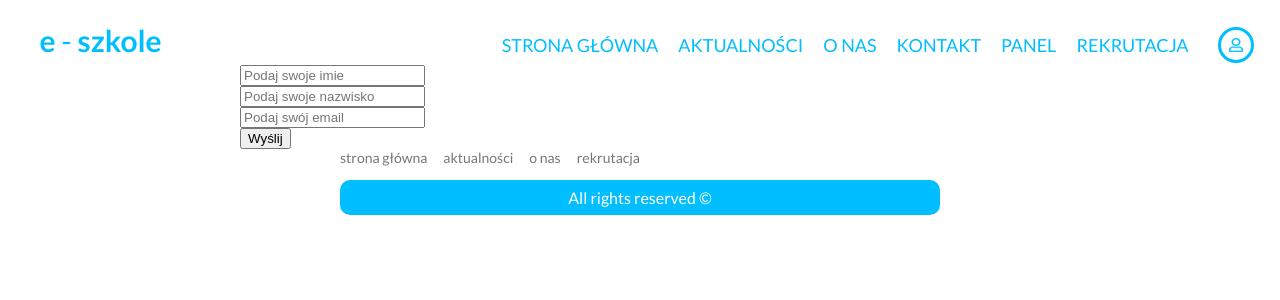
Repository: Votex874/e-szkole
Page: /kontakt (app in app/)
The author's editor kept a copy of each file at every save. The page is drawn from the files as they stood at one save, then again after the next save.
The browser window is 1280 px wide. The pictures show the whole page.
The project was rebuilt for these pictures with package versions that can differ from the ones it lists, and the page was loaded fresh each time. Also part of the build but not shown: app/src/components/News/Title/index.js, app/src/components/News/Content/index.js, app/src/components/News/Avatar/index.js, app/src/components/News/Footer/index.js, app/src/components/SectionTitle/index.js, app/src/components/News/index.js, app/src/components/AboutUs/Content/index.js, app/src/components/AboutUs/index.js and 21 more.

Above is the page before, as saved 2019-03-11 09:05:37.

### app/src/index.js
import React from 'react';
import ReactDOM from 'react-dom';
import App from './App';
import * as serviceWorker from './serviceWorker';
import { createStore } from 'redux';
import { Provider } from 'react-redux';
import rootReducer from './reducers/rootReducer'

const store = createStore(rootReducer);

ReactDOM.render(<Provider store={store}><App /></Provider>, document.getElementById('root'));

// If you want your app to work offline and load faster, you can change
// unregister() to register() below. Note this comes with some pitfalls.
// Learn more about service workers: http://bit.ly/CRA-PWA
serviceWorker.unregister();

### app/src/App.js
import React, { Component } from 'react';
import { Route, BrowserRouter, Switch } from 'react-router-dom'
import './reset.scss'

import Home from './containers/Home/index'
import Login from './containers/Login/index'
import Contact from './containers/Contact/index'
import News from './containers/News/index'
import About from './containers/About/index'
import Recruitment from './containers/Recruitment/index'

class App extends Component {
  render() {
    return (
      <BrowserRouter>
        <Switch>
          <Route exact path='/' component={Home} />
          <Route path='/login' component={Login} />
          <Route path='/kontakt' component={Contact} />
          <Route path='/blog' component={News} />
          <Route path='/o-nas' component={About} />
          <Route path='/rekrutacja' component={Recruitment} />
        </Switch>
      </BrowserRouter>
    );
  }
}

export default App;

### app/src/reset.scss
html, body, div, span, applet, object, iframe,
h1, h2, h3, h4, h5, h6, p, blockquote, pre,
a, abbr, acronym, address, big, cite, code,
del, dfn, em, img, ins, kbd, q, s, samp,
small, strike, strong, sub, sup, tt, var,
b, u, i, center,
dl, dt, dd, ol, ul, li,
fieldset, form, label, legend,
table, caption, tbody, tfoot, thead, tr, th, td,
article, aside, canvas, details, embed,
figure, figcaption, footer, header, hgroup,
menu, nav, output, ruby, section, summary,
time, mark, audio, video {
	margin: 0;
	padding: 0;
	border: 0;
	font-size: 100%;
	font: inherit;
	vertical-align: baseline;
}
/* HTML5 display-role reset for older browsers */
article, aside, details, figcaption, figure,
footer, header, hgroup, menu, nav, section {
	display: block;
}
body {
	line-height: 1;
}
ol, ul {
	list-style: none;
}
blockquote, q {
	quotes: none;
}
blockquote:before, blockquote:after,
q:before, q:after {
	content: '';
	content: none;
}
table {
	border-collapse: collapse;
	border-spacing: 0;
}
@import url('https://fonts.googleapis.com/css?family=Lato:300,300i,400,400i,700&amp;subset=latin-ext');

 body {
	font-family: 'Lato', sans-serif;
 }

 a{
	 text-decoration: none;
 }

### app/src/containers/Contact/index.js
import React, { Component } from 'react'

import HeaderMain from '../../components/HeaderMain/index';
import Footer from '../../components/Footer/index'
import Form from '../../components/Form/index'

class Contact extends Component {
  render(){
    return (
      <React.Fragment>
        <HeaderMain />
        <Form />
        <Footer />
      </React.Fragment>
    )
  }
}

export default Contact

### app/src/components/HeaderMain/index.js
import React, { Component } from 'react';
import styled from 'styled-components'
import Logo from '../Logo/index'
import Navigation from '../Nav/index'
import Hamburger from '../Hamburger/index'

const Header = styled.header`
 max-width: 1400px;
 height: 100px;
 margin: 0 auto;
 display: flex;
 justify-content: space-between;
 align-items: center;
 box-sizing: border-box;
 margin-top: 15px;
 @media (max-width: 1400px){
   width: 96%;
   height: 50px;
   align-items: center;
 }
`

class HeaderMain extends Component {
  constructor(props){
    super(props)

    this.state = {
      width: 0
    }
  }

  componentDidMount = () => {
    this.updateWindowDimensions();
    window.addEventListener('resize', this.updateWindowDimensions);
  }

  componentWillUnmount = () => {
    window.removeEventListener('resize', this.updateWindowDimensions);
  }

  updateWindowDimensions = () => {
    this.setState({ width: window.innerWidth });
  }

  render() {
    const { width } = this.state;
    return (
      <Header>
        <Logo />
        { width <= 767 ? <Hamburger /> : <Navigation /> }
      </Header>
    );
  }
}

export default HeaderMain;

### app/src/components/Footer/index.js
import React, { Component } from 'react'
import styled from 'styled-components'
import FooterNav from './FooterNav/index'
import { lightBlue } from '../../constColors'

const FooterContainer = styled.footer`
  width: 600px;
  margin: 0 auto;
  @media (max-width: 767px){
    width: 100%;
  }
`

const FooterBanner = styled.div`
  background-color: ${lightBlue};
  display: flex;
  justify-content: center;
  align-items: center;
  color: #fff;
  margin: 15px auto;
  height: 35px;
  border-radius: 10px;
  @media (max-width: 767px){
    width: 100%;
    border-radius: 0;
  }
`

class Footer extends Component {
  render(){
    return (
      <FooterContainer>
        <FooterNav />
        <FooterBanner>All rights reserved &copy; </FooterBanner>
      </FooterContainer>
    )
  }
}


export default Footer

### app/src/components/Form/index.js
import React, { Component } from 'react'
import styled from 'styled-components'

import Input from './Input/index'

const FormContainer = styled.form`
  display: flex;
  flex-direction: column;
  width: 800px;
  margin: 0 auto;
`

class Form extends Component{
  constructor(props){
    super(props)

    this.state = {
      value: '',
      formFields: [
        {
          name: 'name',
          type: 'text',
          placeholder: 'Podaj swoje imie'
        },
        {
          name: 'surname',
          type: 'text',
          placeholder: 'Podaj swoje nazwisko'
        },
        {
          name: 'email',
          type: 'email',
          placeholder: 'Podaj swój email'
        },
      ]
    }
  }

  handleChange = e => this.setState({ [e.target.name]: e.target.value })

  render(){
    const { formFields, value } = this.state
    return (
      <FormContainer>
        {formFields.map((e, i) => {
          return <Input
            type={e.type}
            value={value}
            name={e.type}
            onChange={this.handleChange}
            placeholder={e.placeholder}
            key={i}
          />
        })}
        <Input type="submit" value="Wyślij" />
      </FormContainer>
    )
  }
}

export default Form

### app/src/components/Logo/index.js
import React, { Component } from 'react';
import styled from 'styled-components'
import { shineOnHover, lightBlue } from '../../constColors'
import { Link } from 'react-router-dom'

const Alink = styled.span`
  display: flex;
  flex-direction: column;
  justify-content: center;
  align-items: center;
  width: 225px;
  padding: 0 10px;
  text-decoration: none;
  font-size: 50px;
  @media (max-width: 767px) {
    width: 150px;
    height: auto;
    font-size: 28px;
    align-items: flex-start;
    justify-content: flex-start;
    padding: 0;
  }
  @media (min-width: 768px) and (max-width: 1400px) {
    width: 150px;
    font-size: 30px;
    padding: 0;
  }
  @media (min-width: 1401px){
    ${shineOnHover}
  }
`
const Span = styled.h1`
  color: ${lightBlue};
  transition: .2s;
`
const Bold = styled.b`
  font-weight: bold;
`

class Logo extends Component {
  constructor(props){
    super(props)

    this.state = {
      logoLink: '/'
    }
  }
  render() {
    const { logoLink } = this.state;
    return (
      <Link to={logoLink}>
        <Alink>
          <Span id='logo' className="logo2"><Bold>e</Bold> - <Bold>szkole</Bold></Span>
        </Alink>
      </Link>
    );
  }
}

export default Logo;

### app/src/components/Nav/index.js
import React, { Component } from 'react';
import { connect } from 'react-redux'
import styled from 'styled-components'
import SingleLink from './Link/index'
import LoginButton from './../LoginButton/index';


const Nav = styled.nav`
  display: flex;
  margin: 10px 20px 0 auto;
  @media (max-width: 767px){
    flex-direction: column;
    margin: 120px 0 0 0;
  }
`

class Navigation extends Component {

  render() {
    const { links } = this.props;
    let listOfLinks = [];
    let i = 0;
    for (const key of Object.keys(links)) {
      // console.log(key, links[key]);
      listOfLinks[i] = <SingleLink data={links[key]} key={key} />
      i++;
    }
    return (
      <React.Fragment>
        <Nav>
          {listOfLinks}
        </Nav>
        <LoginButton />
      </React.Fragment>
    );
  }
}

const mapStateToProps = (state) => {
  return {
    links: state.links
  }
}

export default connect(mapStateToProps)(Navigation);

### app/src/components/Hamburger/index.js
import React, { Component } from 'react';
import styled from 'styled-components'
import hamburgerImg from '../../images/icons/hamburger.png'
import times from '../../images/icons/times.png'
import Navigation from '../Nav/index'

const Hamburger = styled.div`
  width: 40px;
  height: 40px;
`

const HamburgerImg = styled.img`
  width: 100%;
  height: 100%;
  opacity: 1;
  transition: .4s;
  position: relative;
  z-index: 10;
`

const MobileContainer = styled.div`
  position: absolute;
  display: flex;
  flex-direction: column-reverse;
  top: 0;
  left: 0;
  width: 100vw;
  height: 100vh;
  background-color: #fff;
  opacity: .9;
  z-index: 1;
  transition: .3s;
`

class Hambuger extends Component {
  constructor(props){
    super(props)

    this.body = document.querySelector('body');

    this.state = {
      imgAlt: 'hamburgerMenuIcon',
      imgSrc: hamburgerImg,
      fade: 1,
      displayMobile: 'none'
    }
  }

  handleHamburger = () => {
    const { imgSrc } = this.state;
    setTimeout( () => {
      if (imgSrc !== hamburgerImg) {
        this.body.style.overflow = "auto";
        this.setState({
          imgSrc: hamburgerImg,
          displayMobile: 'none',
          fade: 1
        })
      } else {
        this.body.style.overflow = "hidden";
        this.setState({
          imgSrc: times,
          displayMobile: 'block',
          fade: 1
        })
      }
    }, 400)
    this.setState({
      fade: 0
    })
  }

  render() {
    const { imgAlt, imgSrc, fade, displayMobile } = this.state
    return (
      <Hamburger>
        <HamburgerImg style={{opacity: fade}} src={imgSrc} alt={imgAlt} onClick={this.handleHamburger}/>
        <MobileContainer style={{display: displayMobile}}>
          <Navigation />
        </MobileContainer>
      </Hamburger>
    );
  }
}


export default Hambuger;

### app/src/components/Footer/FooterNav/index.js
import React, { Component } from 'react'
import styled from 'styled-components'
import NavLink from './NavLink/index'
import { connect } from 'react-redux'

const NavContainer = styled.nav`
  display: flex;
  justify-content: space-between;
  width: 50%;
  @media (max-width: 767px){
    width: 90%;
    margin: 0 auto;
  }
`

class FooterNav extends Component {
  constructor(props){
    super(props)

    this.state = {
      nav: []
    }
  }
  componentDidMount = () => {
    const { links } = this.props
    let listOfNavs = [];
    let i = 0;
    for (const key of Object.keys(links)) {
      if(links[key].basic === 'true'){
        listOfNavs[i] =
          <NavLink name={links[key].name} url={links[key].url} key={key} />
        i++;
      }
    }
    this.setState({
      nav: listOfNavs
    })
  }

  render(){
    const { nav } = this.state;
    return(
      <NavContainer>
        {nav}
      </NavContainer>
    )
  }
}

const mapStateToProps = (state) => {
  return {
    links: state.links
  }
}

export default connect(mapStateToProps)(FooterNav);

### app/src/constColors.js
const brown = '#BF5000';
const greenDark = '#008723';
const greenLight = '#34BD56';
const lightBlue = '#00BEFF';
const turquoise = '#fff';
const darkBlue = '#0057AE';

const shineOnHover = `
position: relative;
    overflow: hidden;
    display: inline-block;
    border-radius: 5px;
    text-align: center;
    line-height: 50px;

  &:after {
    content: "";
    position: absolute;
    top: -110%;
    left: -210%;
    width: 200%;
    height: 200%;
    opacity: 0;
    /* transform: rotate(30deg); */

    background: rgba(0, 190, 255, 0.13);
    background: linear-gradient(
      to right,
      rgba(0, 190, 255, 0.13) 0%,
      rgba(0, 190, 255, 0.13) 77%,
      rgba(0, 190, 255, 0.5) 92%,
      rgba(0, 190, 255, 0.0) 100%
    );
  }

  &:hover:after {
    opacity: 1;
    top: -30%;
    left: -30%;
    transition-property: left, top, opacity;
    transition-duration: 0.7s, 0.7s, 0.15s;
    transition-timing-function: ease;
  }


  &:active:after {
    opacity: 0;
  }
`

export { brown, greenLight, greenDark, lightBlue, shineOnHover, turquoise, darkBlue }

### app/src/components/Form/Input/index.js
import React, { Component } from 'react'
import styled from 'styled-components'

const LabelElement = styled.label`

`

const InputElement = styled.input`

`

class Input extends Component {
  render() {
    const { type, name, value, placeholder, onChange } = this.props
    return (
      <LabelElement>
        <InputElement type={type} name={name} onChange={onChange} value={value} placeholder={placeholder} />
      </LabelElement>
    )
  }
}

export default Input

### app/src/components/Nav/Link/index.js
import React from 'react';
import styled from 'styled-components'
import { shineOnHover, lightBlue } from '../../../constColors'
import { Link } from 'react-router-dom'

const Alink = styled.span`
  text-decoration: none;
  color: ${lightBlue};
  margin: 10px 0;
  padding: 0 12px;
  font-size: 20px;
  text-transform: uppercase;
  text-align: center;

  @media (max-width: 767px){
    font-size: 24px;
    display: flex;
    justify-content: center;
    align-items: center;
  }
  @media (min-width: 768px) and (max-width: 1050px){
    font-size: 14px;
    margin: 10px 0;
    padding: 4px;
  }
  @media (min-width: 1051px) and (max-width: 1400px){
    font-size: 18px;
    margin: 10px 0;
    padding: 0 10px;
  }
  @media (min-width: 1401px){
    ${shineOnHover}
}
`

const SingleLink = ({ data }) => {
  const handleClick = () => {
    document.querySelector('body').style.overflow = "auto";
  }
  return (
    <Link onClick={handleClick} to={data.url}>
      <Alink>
        {data.name}
      </Alink>
    </Link>
  )
}

export default SingleLink;

### app/src/components/LoginButton/index.js
import React, { Component } from 'react';
import styled from 'styled-components'
import imgUser from '../../images/icons/loginUser.png'
import { shineOnHover, lightBlue } from '../../constColors'
import { Link } from 'react-router-dom'

const ButtonAlink = styled.span`
  width: 160px;
  height: 30px;
  font-size: 14px;
  text-transform: uppercase;
  font-weight: bold;
  text-decoration: none;
  display: flex;
  justify-content: center;
  align-items: center;
  border-radius: 20px;
  border: 3px solid ${lightBlue};
  margin-top: 10px;
  @media (max-width: 767px){
    position: absolute;
    top: 15px;
    left: 10px;
    width: 220px;
    height: 40px;
    font-size: 24px;
  }
  @media (min-width: 768px) and (max-width: 1400px){
    width: 30px;
  }
  @media (min-width: 1401px){
    ${shineOnHover}
    border-radius: 20px;
    line-height: normal;
    display: flex;
  }
`

const IconImg = styled.img`
  background-position: center;
  background-size: cover;
  background-repeat: no-repeat;
  margin-left: 15px;
  width: 14px;
  height: 14px;
  @media (max-width: 767px){
    width: 26px;
    height: 26px;
  }
  @media (min-width: 768px) and (max-width: 1400px){
    margin-left: 0;
  }
`
const SpanText = styled.span`
  color: ${lightBlue};
  @media (min-width: 768px) and (max-width: 1400px){
    display: none;
  }
`

class LoginButton extends Component {
  constructor(props){
    super(props)

    this.state = {
      loginLink: '/login'
    }
  }

  handleEnableScroll = () => {
    document.querySelector('body').style.overflow = "auto";
  }

  render() {
    const { loginLink } = this.state;
    return (
      <Link onClick={this.handleEnableScroll} to={loginLink} >
        <ButtonAlink>
          <SpanText>zaloguj się</SpanText>
          <IconImg src={imgUser} />
        </ButtonAlink>
      </Link>
    );
  }
}

export default LoginButton;

### app/src/components/Footer/FooterNav/NavLink/index.js
import React from 'react'
import styled from 'styled-components'
import { Link } from 'react-router-dom'

const Alink = styled.span`
  text-decoration: none;
  font-size: 14px;
  color: #777;
  @media (max-width: 767px){
    font-size: 12px;
  }
  @media (min-width: 768px) and (max-width: 1400px){
    font-size: 14px;
  }
`


const NavLink = ({ name, url }) => {
  return (
    <Link to={url}>
      <Alink>{name}</Alink>
    </Link>
  )
}

export default NavLink

Loaded but not shown: app/public/index.html (common file); app/src/serviceWorker.js (common file); app/src/reducers/rootReducer.js (169 lines, source omitted)

After the next save:
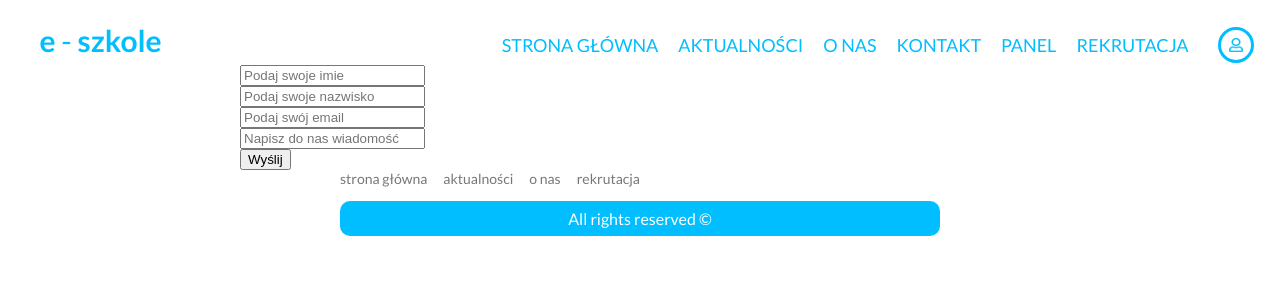
Saved 2 min 49 s later.
--- a/app/src/components/Form/index.js
+++ b/app/src/components/Form/index.js
@@ -32,6 +32,11 @@ class Form extends Component{
           type: 'email',
           placeholder: 'Podaj swój email'
         },
+        {
+          name: 'content',
+          type: 'textarea',
+          placeholder: 'Napisz do nas wiadomość'
+        }
       ]
     }
   }
